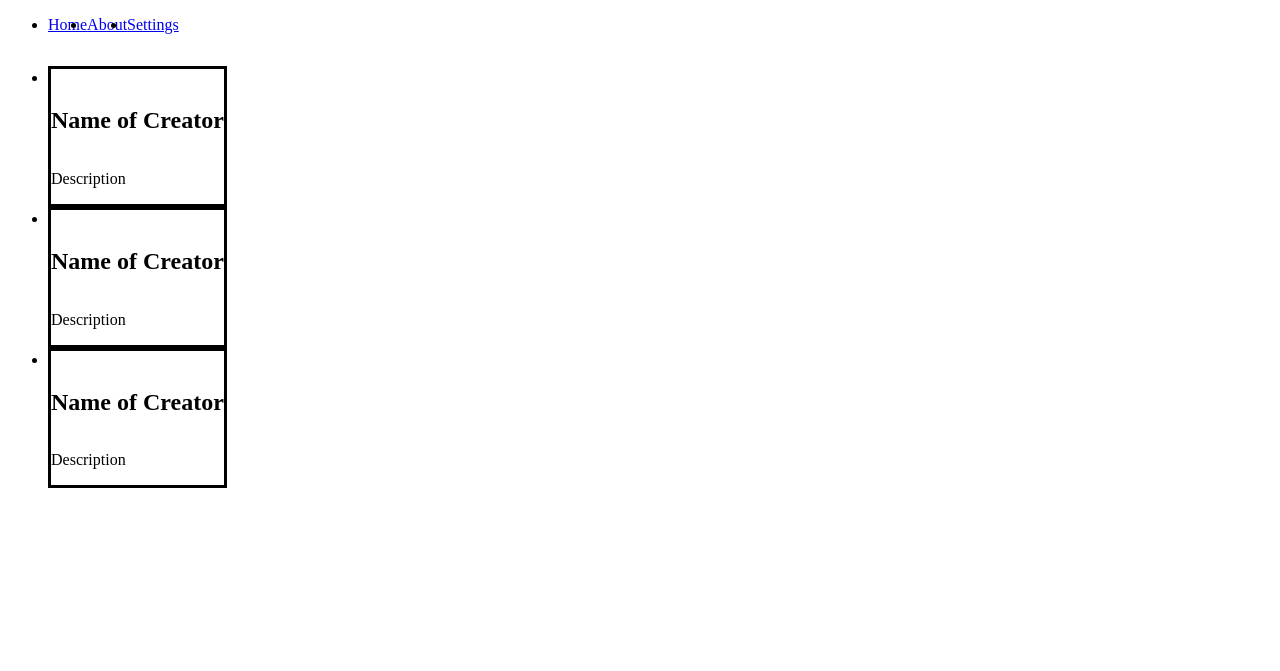
Repository: k8ANStar/Questify
Page: /About
These files come from the project's save history. The page is drawn as it stood at one moment and after a run of saves; the edit follows.
The browser window is 1280 px wide. The pictures show the whole page.
The project was rebuilt for these pictures with package versions that can differ from the ones it lists, and the page was loaded fresh each time. The framework's server and built-in components were replaced by stand-ins that run in the browser. Also part of the build but not shown: next.config.mjs.

Above is the page before, as saved 2024-03-24 21:42:17.

After the next 2 saves:
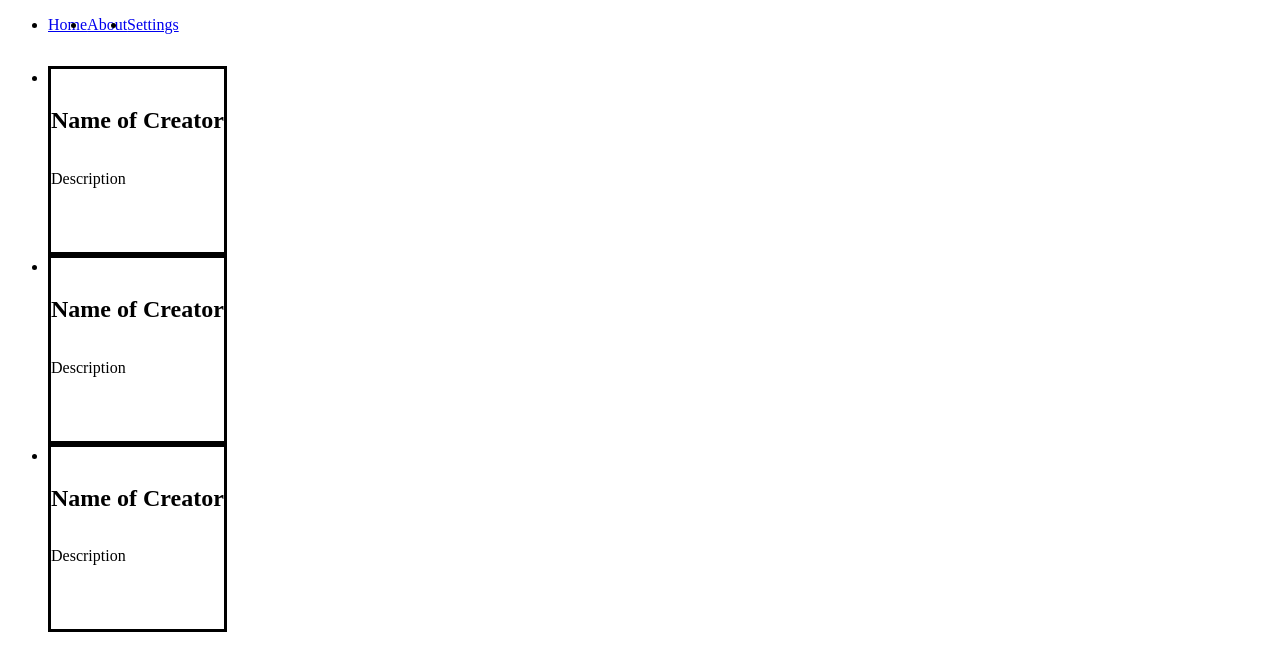
The 2 saves are shown as one change because they came seconds apart.
The last was saved 43 s later.
--- a/components/Card/Card.module.css
+++ b/components/Card/Card.module.css
@@ -2,4 +2,5 @@
 	border: 3px solid black;
     display: grid;
     justify-content:center;
+    padding-bottom: 3rem;
 }
